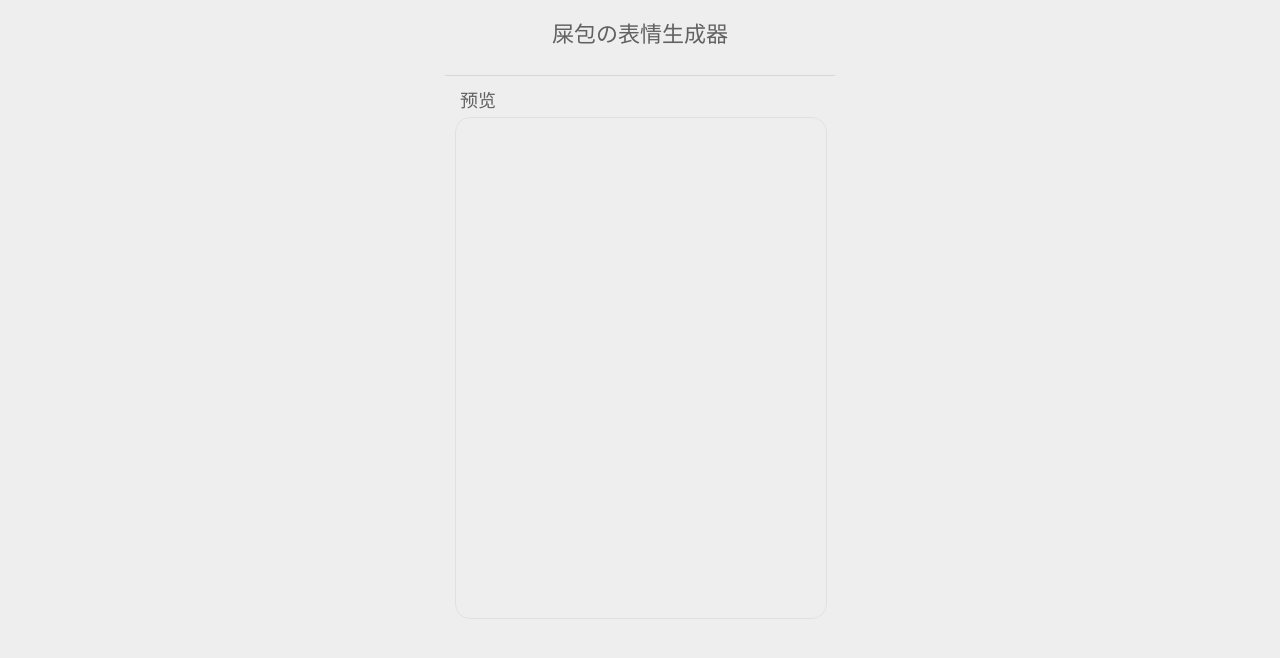
Repository: long-zuyang/shibao
Page: /
An editor plug-in stored every save of this project. The page is shown before and after the next save, followed by the edit.
The browser window is 1280 px wide. The pictures show the whole page.
The project was rebuilt for these pictures with package versions that can differ from the ones it lists, and the page was loaded fresh each time. Also part of the build but not shown: vite.config.ts.

Above is the page before, as saved 2023-06-29 21:04:41.
Console error: ReferenceError: img is not defined

After the next save:
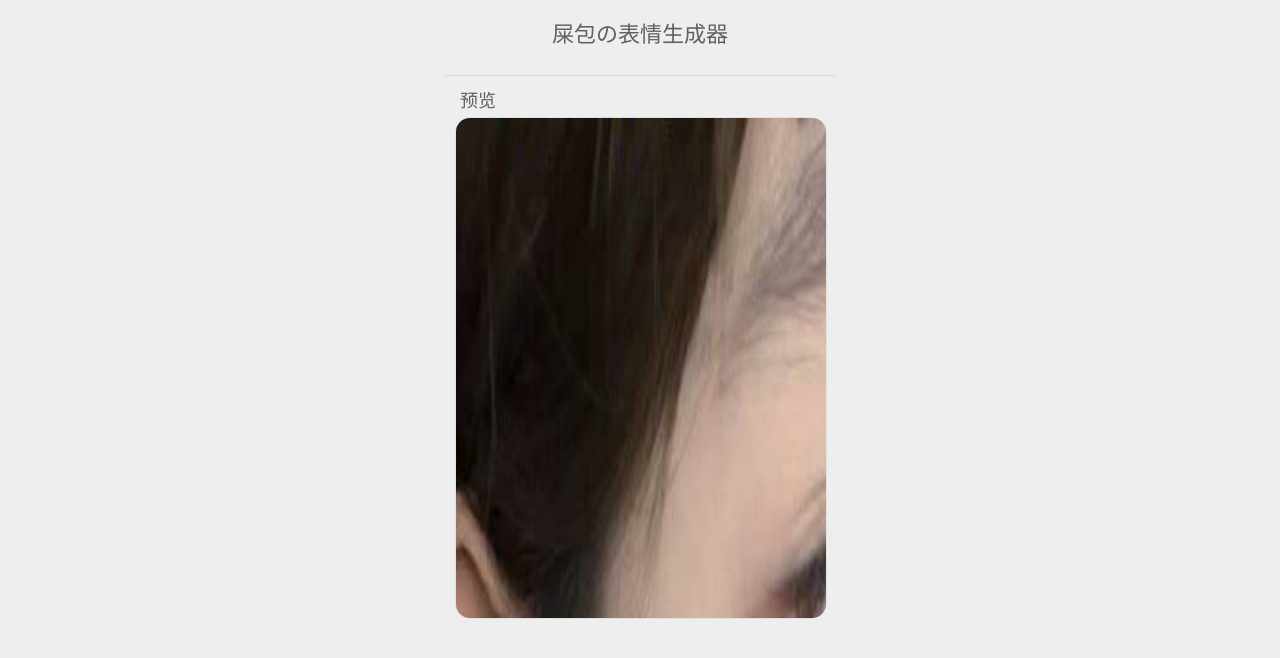
The error is gone.
Saved 14 s later.
--- a/src/components/CanvasDraw.tsx
+++ b/src/components/CanvasDraw.tsx
@@ -18,7 +18,7 @@ function CanvasDrow() {
 
     // 图片加载完成后绘制图片
     headImg.onload = () => {
-      ctx.drawImage(img, 0, 0);
+      ctx.drawImage(headImg, 0, 0);
     };
   }, []);
 
